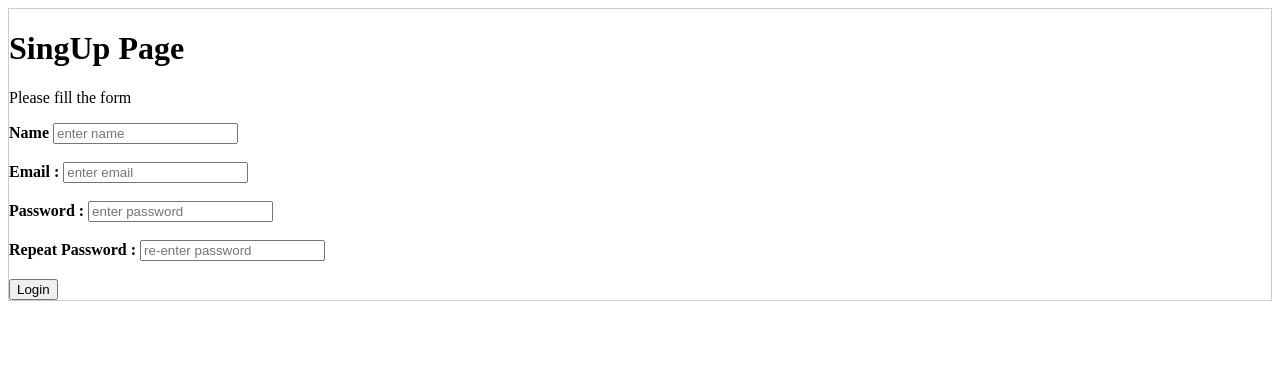
Repository: Altafalinadaf/SimpleProjects
Page: servletDemo10/src/main/webapp/index10.html
An editor plug-in stored every save of this project. The page is shown before and after the next save, followed by the edit.
The browser window is 1280 px wide. The pictures show the whole page.

Above is the page before, as saved 2023-10-31 18:36:24.

### servletDemo10/src/main/webapp/index10.html
<!DOCTYPE html>
<html>

<head>
	<meta charset="ISO-8859-1">
	<title>Insert title here</title>
</head>

<body>
	<form action="login" method="post" style="border:1px solid #ccc">

			<h1>SingUp Page </h1>
			<p>Please fill the form </p>

			        <label for="name"><b>Name </b> <label>
					<input type="text" name="name" placeholder="enter name" required />
					<br/>
					<br/>

					<label for="email"><b>Email :</b> </label>
					<input type="text" name="email" placeholder="enter email" required />
					<br/>
					<br/>

					<label for="password"><b>Password :</b></label>
					<input type="password" name="pass" placeholder="enter password" required />
					<br/>
					<br/>

					<label for="password"><b>Repeat Password : </b></label>
					<input type="password" name="pass2" placeholder="re-enter password" required />
					<br/>
					<br/>

					<input type="submit" value="Login" />

	</form>

</body>

</html>

After the next save:
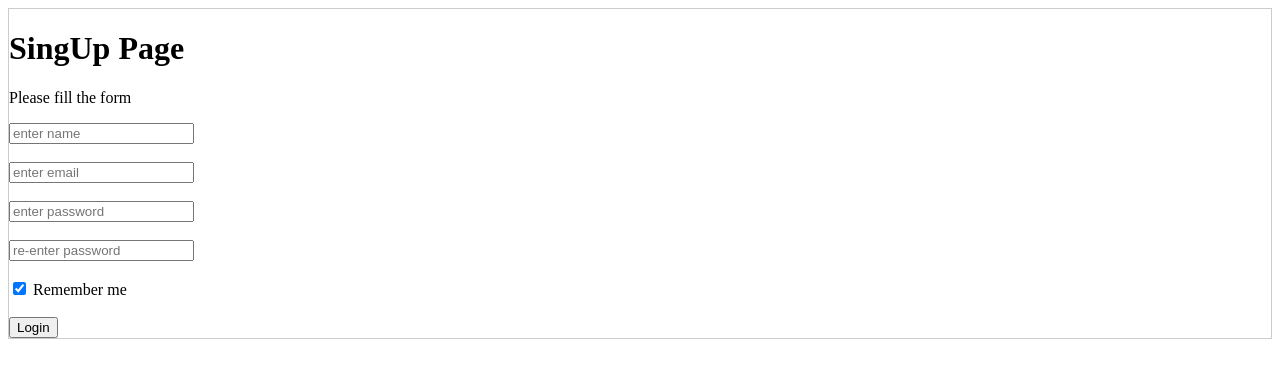
Saved 2 min 0 s later.
--- a/servletDemo10/src/main/webapp/index10.html
+++ b/servletDemo10/src/main/webapp/index10.html
@@ -9,30 +9,36 @@
 <body>
 	<form action="login" method="post" style="border:1px solid #ccc">
 
-			<h1>SingUp Page </h1>
-			<p>Please fill the form </p>
+		<h1>SingUp Page </h1>
+		<p>Please fill the form </p>
 
-			        <label for="name"><b>Name </b> <label>
-					<input type="text" name="name" placeholder="enter name" required />
-					<br/>
-					<br/>
 
-					<label for="email"><b>Email :</b> </label>
-					<input type="text" name="email" placeholder="enter email" required />
-					<br/>
-					<br/>
+		<input type="text" name="name" placeholder="enter name" required />
+		<br />
+		<br />
 
-					<label for="password"><b>Password :</b></label>
-					<input type="password" name="pass" placeholder="enter password" required />
-					<br/>
-					<br/>
 
-					<label for="password"><b>Repeat Password : </b></label>
-					<input type="password" name="pass2" placeholder="re-enter password" required />
-					<br/>
-					<br/>
+		<input type="text" name="email" placeholder="enter email" required />
+		<br />
+		<br />
 
-					<input type="submit" value="Login" />
+
+		<input type="password" name="pass" placeholder="enter password" required />
+		<br />
+		<br />
+
+
+		<input type="password" name="pass2" placeholder="re-enter password" required />
+		<br />
+		<br />
+
+		<label>
+			<input type="checkbox" checked="uncheked" name="remember"> Remember me
+		</label>
+		<br />
+		<br />
+
+		<input type="submit" value="Login" />
 
 	</form>
 
